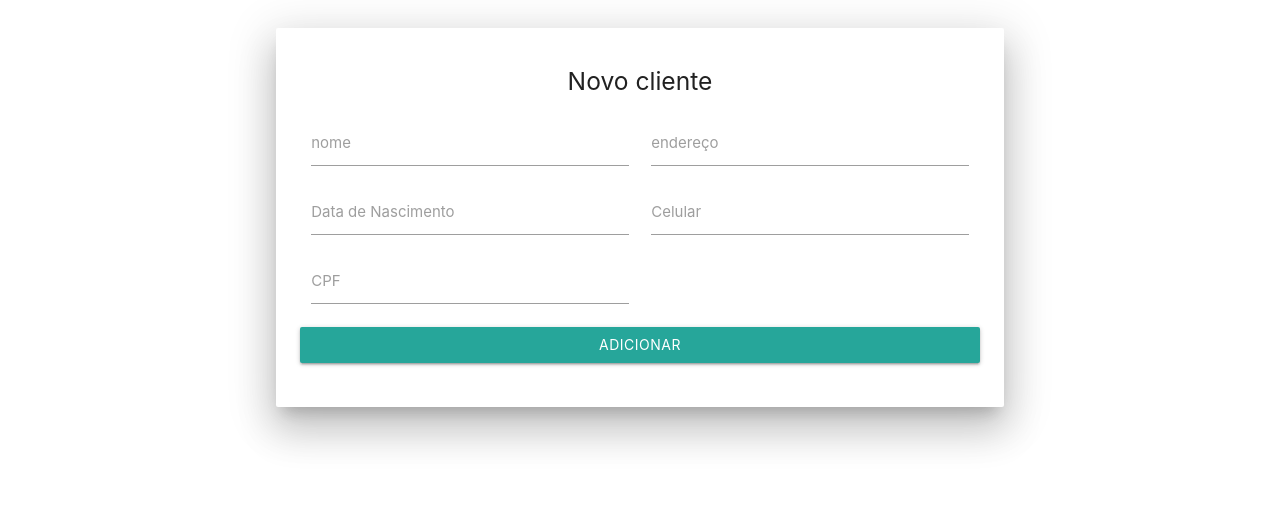
Repository: luizasilveira/TechWeb
Page: Projeto1/techWebP1/WebContent/add.html
These files come from the project's save history. The page is drawn as it stood at one moment and after the next save; the edit follows.
The browser window is 1280 px wide. The pictures show the whole page.

Above is the page before, as saved 2019-09-08 22:13:10.

### Projeto1/techWebP1/WebContent/add.html
<!DOCTYPE html>
<html>
<head>
<meta charset="ISO-8859-1">
<title>HOME</title>


<!--Import Google Icon Font-->
<link href="https://fonts.googleapis.com/icon?family=Material+Icons"
	rel="stylesheet">
<!--Import materialize.css-->
<link rel="stylesheet"
	href="https://cdnjs.cloudflare.com/ajax/libs/materialize/1.0.0/css/materialize.min.css">


<style>
body {
  width: 60%;
  margin: auto;
  padding: 20px;
  text-align: center;
}
</style>
</head>

<body>
	<form action="./AddClients" method="post">

		<div class="card-panel z-depth-5" >
		<h5 class="center">Novo cliente</h5>
			<div class="row">
				<div class="col s6">

					<!--<p class="center">Join to our community now !</p>-->


					<div class="input-field">
						<input type="text" name="nome"> <label>nome</label>
					</div>

					<!--<i class="material-icons prefix">account_circle</i>-->



					<!--<div class="input-field">
                    <i class="material-icons prefix">email</i
                    <input type="email" name="email" class="validate">
                    <label> email</label>
                  </div>-->

					<div class="input-field">
						<!--<i class="material-icons prefix">lock</i>-->
						<input type="text" name="nascimento"> <label>Data
							de Nascimento</label>
					</div>

					<div class="input-field">
						<!--<i class="material-icons prefix">vpn_key</i>-->
						<input type="text" name="CPF"> <label>CPF</label>
					</div>
				</div>

				<div class="col s6">
					<div class="input-field">
						<!--<i class="material-icons prefix">vpn_key</i>-->
						<input type="text" name="endereço"> <label>endereço</label>
					</div>

					<div class="input-field">
						<!--<i class="material-icons prefix">vpn_key</i>-->
						<input type="text" name="celular"> <label>Celular</label>
					</div>
				</div>


				<!--<p class="right">Already have an account? <a href="#login" class="modal-trigger">login</a></p>-->
				<input type="submit" name="submit" value="Adicionar"
					class="btn left col s12">

				<div class="clearfix"></div>

			</div>
		</div>
	</form>



	<script src="https://code.jquery.com/jquery-1.12.0.min.js"></script>
	<script
		src="https://cdnjs.cloudflare.com/ajax/libs/materialize/1.0.0/js/materialize.min.js"></script>





</body>
</html>

After the next save:
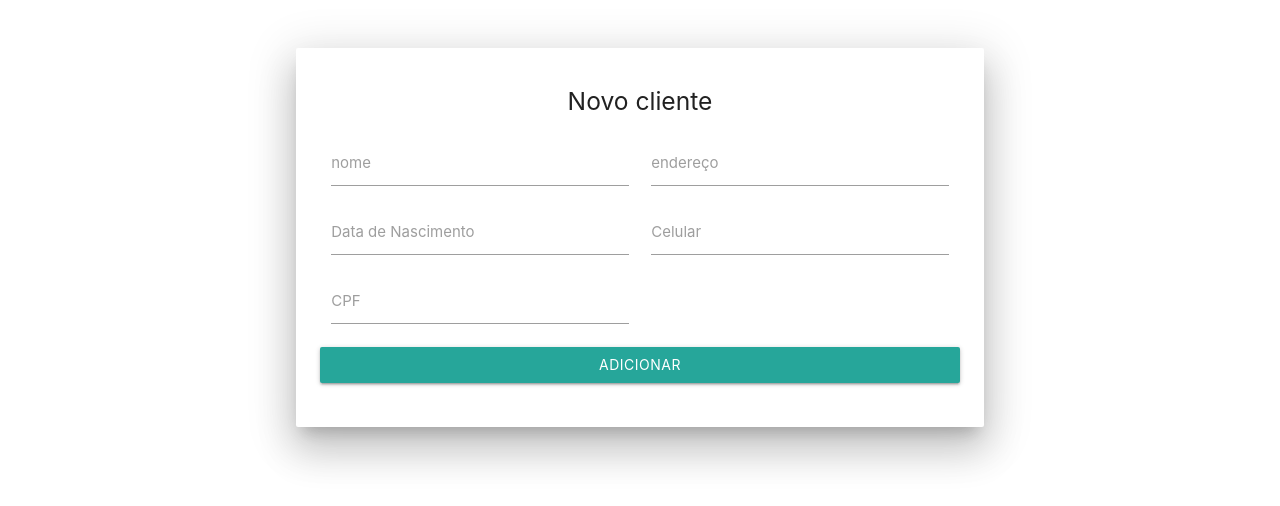
Saved 6 s later.
--- a/Projeto1/techWebP1/WebContent/add.html
+++ b/Projeto1/techWebP1/WebContent/add.html
@@ -17,7 +17,7 @@
 body {
   width: 60%;
   margin: auto;
-  padding: 20px;
+  padding: 40px;
   text-align: center;
 }
 </style>
